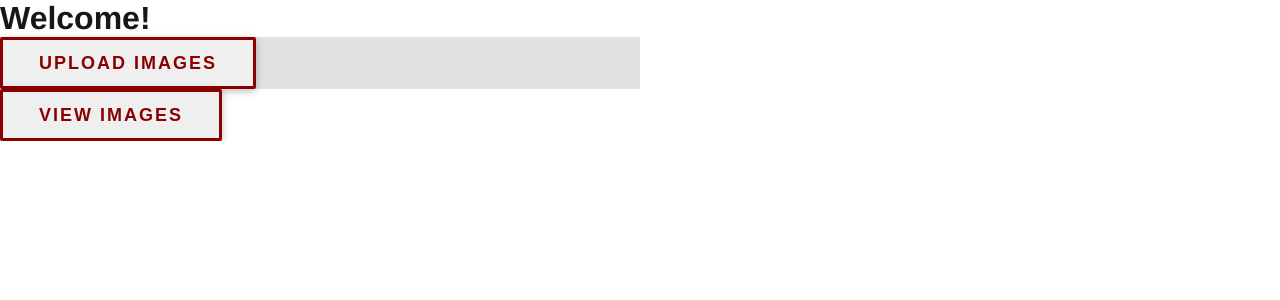
Repository: EricRobertCampbell/palaeo-fossil-classifier
Page: /dashboard (app in palaeo-fossil-classifier/)
These files come from the project's save history. The page is drawn as it stood at one moment and after the next save; the edit follows.
The browser window is 1280 px wide. The pictures show the whole page.
Some web libraries are served in a nearby version. The project was rebuilt for these pictures with package versions that can differ from the ones it lists, and the page was loaded fresh each time. The framework's server and built-in components were replaced by stand-ins that run in the browser. Also part of the build but not shown: palaeo-fossil-classifier/next.config.ts, palaeo-fossil-classifier/app/admin.tsx, palaeo-fossil-classifier/app/classify.tsx.

Above is the page before, as saved 2024-11-30 14:47:24.

### palaeo-fossil-classifier/app/dashboard/page.tsx
"use client";
import React from "react";
import styles from "./page.module.css";
import { useState } from "react";
import Admin from "../admin";
import Classify from "../classify";

export default function dashboard() {
  const [component1, setComponent1] = useState(false);
  const [component2, setComponent2] = useState(false);

  const handleAdmin = () => {
    setComponent1(true);
    setComponent2(false);
  };
  const handleClasify = () => {
    setComponent2(true);
    setComponent1(false);
  };

  return (
    <div className={styles.grid}>
      <h1>Welcome!</h1>
      <div className={styles.area}>
        <nav className={styles.left}>
          <ul>
            <li className="">
              <button
                className={styles.button}
                onClick={() => {
                  handleAdmin();
                }}
              >
                <span className="nav-text">Upload Images</span>
              </button>
            </li>
            <li className="">
              <button
                className={styles.button}
                onClick={() => {
                  handleClasify();
                }}
              >
                <span className="nav-text">View Images</span>
              </button>
            </li>
          </ul>
        </nav>
      </div>
      <div className={styles.right}>
        <div className={styles.component}>{component1 ? <Admin /> : <></>}</div>
        <div className={styles.component}>
          {component2 ? <Classify /> : <></>}
        </div>
      </div>
    </div>
  );
}

### palaeo-fossil-classifier/app/globals.css
:root {
  --background: #ffffff;
  --foreground: #171717;
}

@media (prefers-color-scheme: dark) {
  :root {
    --background: #0a0a0a;
    --foreground: #ededed;
  }
}

html,
body {
  max-width: 100vw;
  overflow-x: hidden;
}

body {
  color: var(--foreground);
  background: var(--background);
  font-family: Helvetica;
  -webkit-font-smoothing: antialiased;
  -moz-osx-font-smoothing: grayscale;
}

* {
  box-sizing: border-box;
  padding: 0;
  margin: 0;
}

a {
  color: inherit;
  text-decoration: none;
}

@media (prefers-color-scheme: dark) {
  html {
    color-scheme: dark;
  }
}

### palaeo-fossil-classifier/app/dashboard/page.module.css
@import url(//netdna.bootstrapcdn.com/font-awesome/4.0.3/css/font-awesome.css);

@import url(https://fonts.googleapis.com/css?family=Titillium+Web:300);



.grid{
    display: grid;
}

.area {
float: left;
background: #e2e2e2;
width: 50%;
height: 50%;
}

.component{
    display: inline;
}

.button {
    font-size: 18px;
    letter-spacing: 2px;
    text-transform: uppercase;
    display: inline-block;
    text-align: center;
    font-weight: bold;
    padding: 0.7em 2em;
    border: 3px solid #8b0000;
    border-radius: 2px;
    position: relative;
    box-shadow: 0 2px 10px rgba(0, 0, 0, 0.16), 0 3px 6px rgba(0, 0, 0, 0.1);
    color: #8b0000;
    text-decoration: none;
    transition: 0.3s ease all;
    z-index: 1;
  }

  .button:before {
    transition: 0.5s all ease;
    position: absolute;
    top: 0;
    left: 50%;
    right: 50%;
    bottom: 0;
    opacity: 0;
    content: '';
    background-color: #8b0000;
    z-index: -1;
  }

  .button:hover, .button:focus {
    color: white;
  }

  .button:hover:before, .button:focus:before {
    transition: 0.5s all ease;
    left: 0;
    right: 0;
    opacity: 1;
  }

  .left{}

  .right{

  }

  .button:active {
    transform: scale(0.9);
  }

Loaded but not shown: palaeo-fossil-classifier/app/layout.tsx (common file)

After the next save:
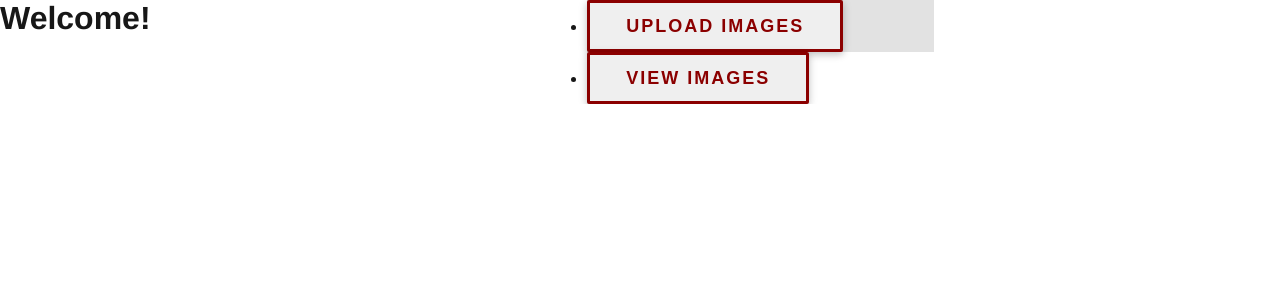
Saved 71 s later.
--- a/palaeo-fossil-classifier/app/dashboard/page.module.css
+++ b/palaeo-fossil-classifier/app/dashboard/page.module.css
@@ -6,10 +6,10 @@
 
 .grid{
     display: grid;
+    grid-template-columns: auto auto;
 }
 
 .area {
-float: left;
 background: #e2e2e2;
 width: 50%;
 height: 50%;

After the 2 saves that followed:
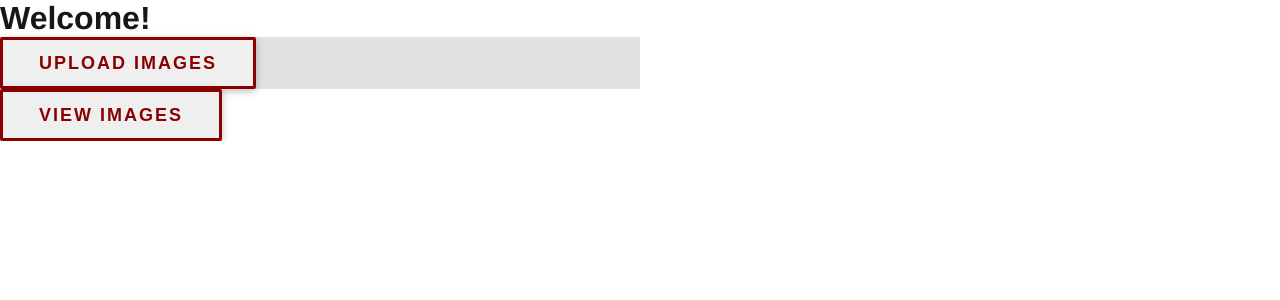
The 2 saves are shown as one change because 1 left the picture as it was.
The last was saved 53 s later.
--- a/palaeo-fossil-classifier/app/dashboard/page.module.css
+++ b/palaeo-fossil-classifier/app/dashboard/page.module.css
@@ -6,7 +6,7 @@
 
 .grid{
     display: grid;
-    grid-template-columns: auto auto;
+
 }
 
 .area {
